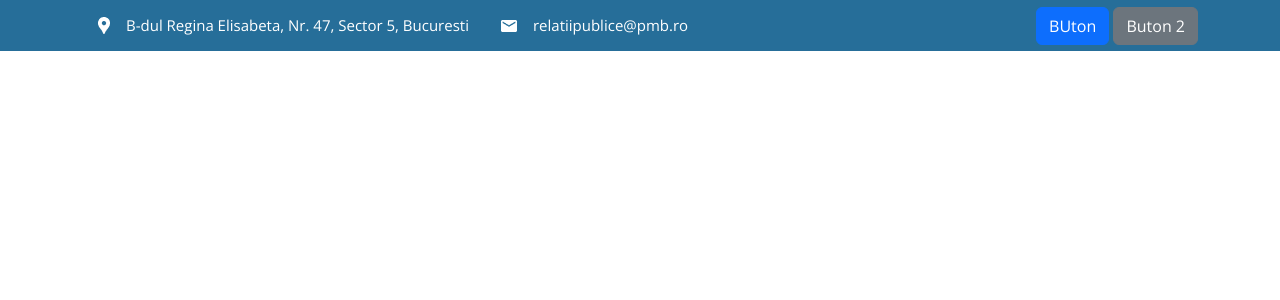
Repository: cosmin05072018/webis-task
Page: index.html
The author's editor kept a copy of each file at every save. The page is drawn from the files as they stood at one save, then again after the next save.
The browser window is 1280 px wide. The pictures show the whole page.

Above is the page before, as saved 2024-09-29 11:43:50.

After the next save:
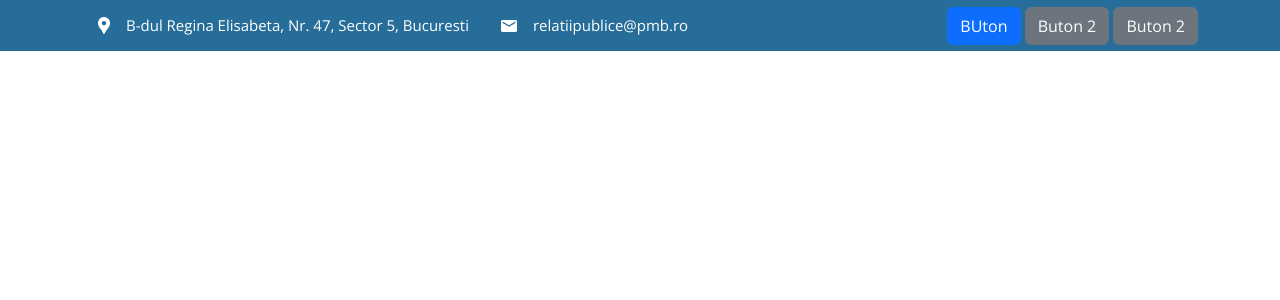
Saved 66 min 6 s later.
--- a/index.html
+++ b/index.html
@@ -10,7 +10,6 @@
 <body>
 <div class="container-fluid p-0">
   <div class="container header-top">
-
     <div class="d-flex justify-content-between align-items-center">
       <div class="d-flex">
         <div class="p-3 d-flex align-items-center gap-3">
@@ -25,6 +24,7 @@
       <div>
           <a href="#" class="btn btn-primary">BUton</a>
           <a href="#" class="btn btn-secondary">Buton 2</a>
+          <a href="#" class="btn btn-secondary">Buton 2</a>
       </div>
     </div>
   </div>
